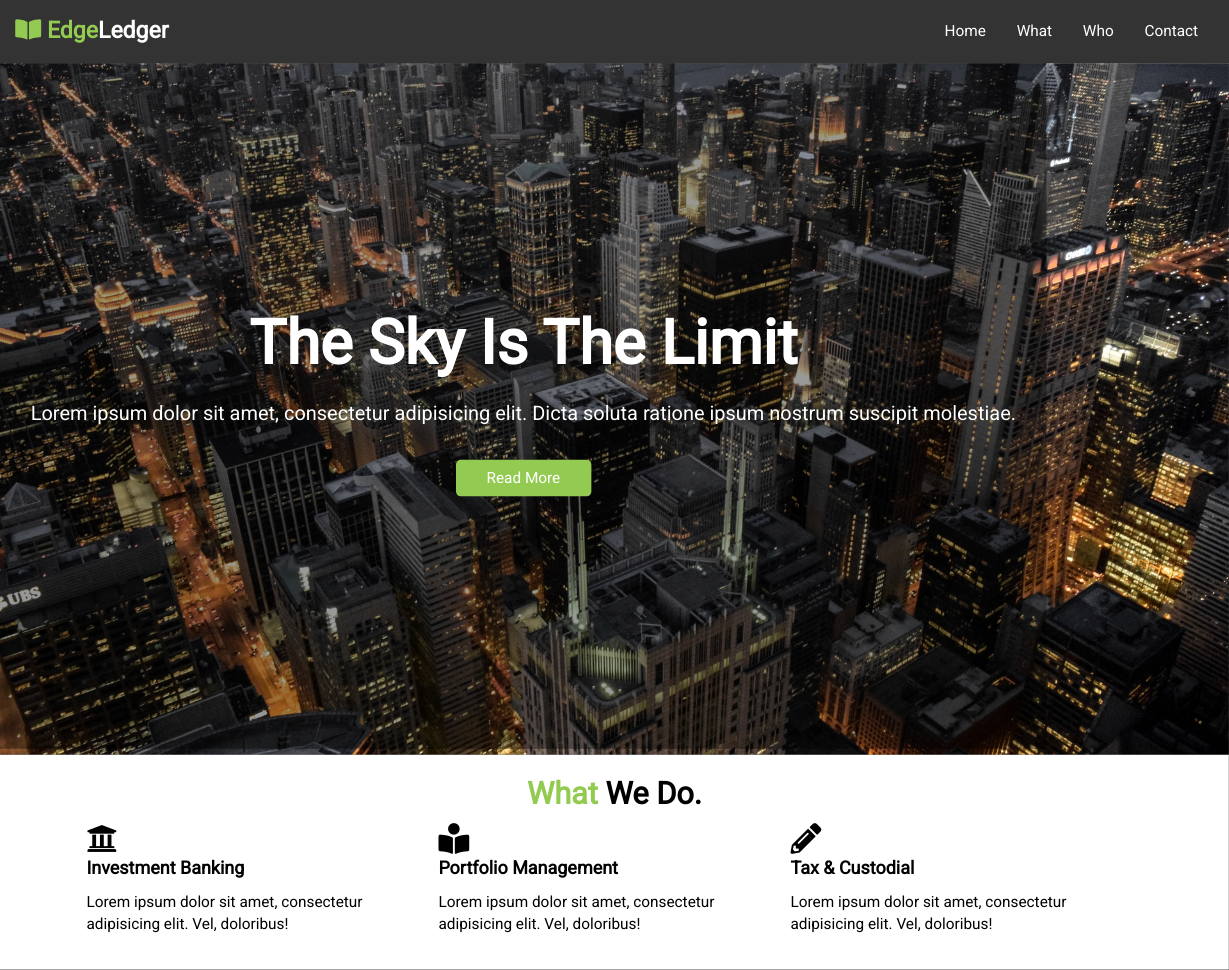
Repository: dimlutine/EdgeLedger
Page: index.html
An editor plug-in stored every save of this project. The page is shown before and after the next save, followed by the edit.
The browser window is 1280 px wide. The pictures show the whole page, at 96% of full size.
Some web libraries are served in a nearby version.

Above is the page before, as saved 2019-07-06 19:16:36.

### index.html
<!DOCTYPE html>
<html lang="en">

<head>
    <meta charset="UTF-8">
    <meta name="viewport" content="width=device-width, initial-scale=1.0">
    <meta http-equiv="X-UA-Compatible" content="ie=edge">
    <link rel="stylesheet" href="https://use.fontawesome.com/releases/v5.6.3/css/all.css" integrity="sha384-UHRtZLI+pbxtHCWp1t77Bi1L4ZtiqrqD80Kn4Z8NTSRyMA2Fd33n5dQ8lWUE00s/" crossorigin="anonymous">
    <link rel="stylesheet" media="screen and (max-width: 768px)" href="css/mobile.css">
    <link rel="stylesheet" media="screeb abd (min-width: 1100px)" href="css/widescreen.css">
    <link rel="stylesheet" href="css/style.css">
    <title>EdgeLedger Financial | Accounting & Investment</title>
</head>

<body id="home">
    <!-- Navbar -->
    <nav id="navbar">
        <h1 class="logo">
            <span class="text-primary"><i class="fas fa-book-open"></i> Edge</span>Ledger
        </h1>
        <ul>
            <li><a href="#home">Home</a></li>
            <li><a href="#what">What</a></li>
            <li><a href="#who">Who</a></li>
            <li><a href="#contacts">Contact</a></li>
        </ul>
    </nav>
    <!-- Header: Showcase -->
    <header id="showcase">
        <div class="showcase-content">
            <h1 class="l-heading">
                The Sky Is The Limit
            </h1>
            <p class="lead">Lorem ipsum dolor sit amet, consectetur adipisicing elit. Dicta soluta ratione ipsum nostrum suscipit molestiae.</p>
            <a href="#what" class="btn">Read More</a>
        </div>
    </header>
    <!-- Section: What We Do -->
    <section id="what" class="bg-light py-1">
        <div class="container">
            <h2 class="m-heading text-center">
                <span class="text-primary">What</span> We Do.
            </h2>
            <div class="items">
                <div class="item">
                    <i class="fas fa-university fa-2x"></i>
                    <div>
                        <h3>Investment Banking</h3>
                        <p>Lorem ipsum dolor sit amet, consectetur adipisicing elit. Vel, doloribus!</p>

                    </div>
                </div>
                <div class="item">
                    <i class="fas fa-book-reader fa-2x"></i>
                    <div>
                        <h3>Portfolio Management</h3>
                        <p>Lorem ipsum dolor sit amet, consectetur adipisicing elit. Vel, doloribus!</p>

                    </div>
                </div>
                <div class="item">
                    <i class="fas fa-pencil-alt fa-2x"></i>
                    <div>
                        <h3>Tax & Custodial</h3>
                        <p>Lorem ipsum dolor sit amet, consectetur adipisicing elit. Vel, doloribus!</p>

                    </div>
                </div>
            </div>
        </div>
    </section>
</body>

</html>

### css/style.css
@import url('https://fonts.googleapis.com/css?family=Roboto&display=swap');
* {
    margin: 0;
    padding: 0;
}

body {
    font-family: 'Roboto', sans-serif;
    line-height: 1.4;
}

a {
    text-decoration: none;
}

p {
    margin: .75rem 0;
}


/* Utility Classes */

.text-center {
    text-align: center;
}

.container {
    max-width: 1100px;
    margin: auto;
    padding: 0 2rem;
    overflow: hidden;
}

.text-primary {
    color: #93cb52;
}

.l-heading {
    font-size: 4rem;
    margin-bottom: 0.75rem;
    line-height: 1.1;
}

.m-heading {
    font-size: 2rem;
    margin-bottom: .75rem;
    line-height: 1.1;
}

.lead {
    font-size: 1.3rem;
    margin-bottom: 2rem;
}

.py-1 {
    padding: 1.5rem 0;
}

.py-2 {
    padding: 2rem 0;
}

.py-3 {
    padding: 3rem 0;
}

.btn {
    display: inline-block;
    color: #fff;
    background: #93cb52;
    padding: 0.5rem 2rem;
    border: none;
    border-radius: 5px;
}

.btn:hover {
    background: #7ab436;
}

.btn-dark {
    background: #333;
    color: #fff;
}


/* Navbar */

#navbar {
    display: flex;
    position: sticky;
    top: 0;
    background: #333;
    color: #fff;
    justify-content: space-between;
    z-index: 1;
    padding: 1rem;
}

#navbar ul {
    display: flex;
    align-items: center;
    list-style: none;
}

#navbar ul li a {
    color: #fff;
    padding: 0.75rem;
    margin: 0 0.25rem;
}

#navbar ul li a:hover {
    background: #93cb52;
    border-radius: 5px;
}


/* Showcase */

#showcase {
    background: #333 url(../img/showcase.jpg) no-repeat center center/cover;
    height: 100vh;
    color: #fff;
}

#showcase .showcase-content {
    height: 100%;
    display: flex;
    flex-direction: column;
    justify-content: center;
    text-align: center;
    align-items: center;
    padding: 0 2rem;
    /* Overlay */
    position: absolute;
    top: 60px;
    left: 0;
    background-color: rgba(0, 0, 0, .4);
}


/* Section: What We Do */

.items {
    display: flex;
}

Loaded but not shown: css/mobile.css (no stored copy; drawn as an empty file); css/widescreen.css (no stored copy; drawn as an empty file)

After the next save:
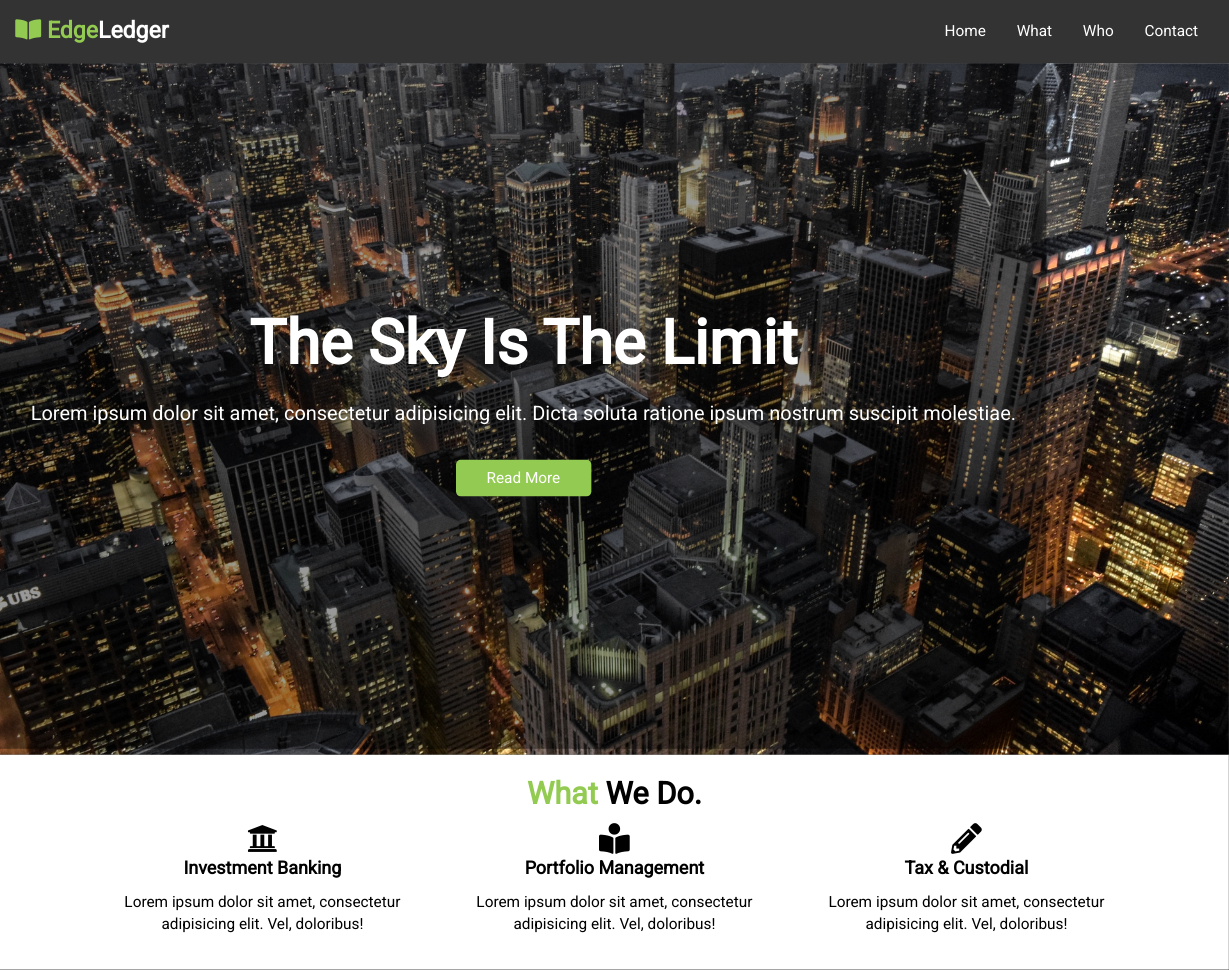
Saved 37 s later.
--- a/css/style.css
+++ b/css/style.css
@@ -143,3 +143,8 @@
 .items {
     display: flex;
 }
+
+.item {
+    flex: 1;
+    text-align: center;
+}
